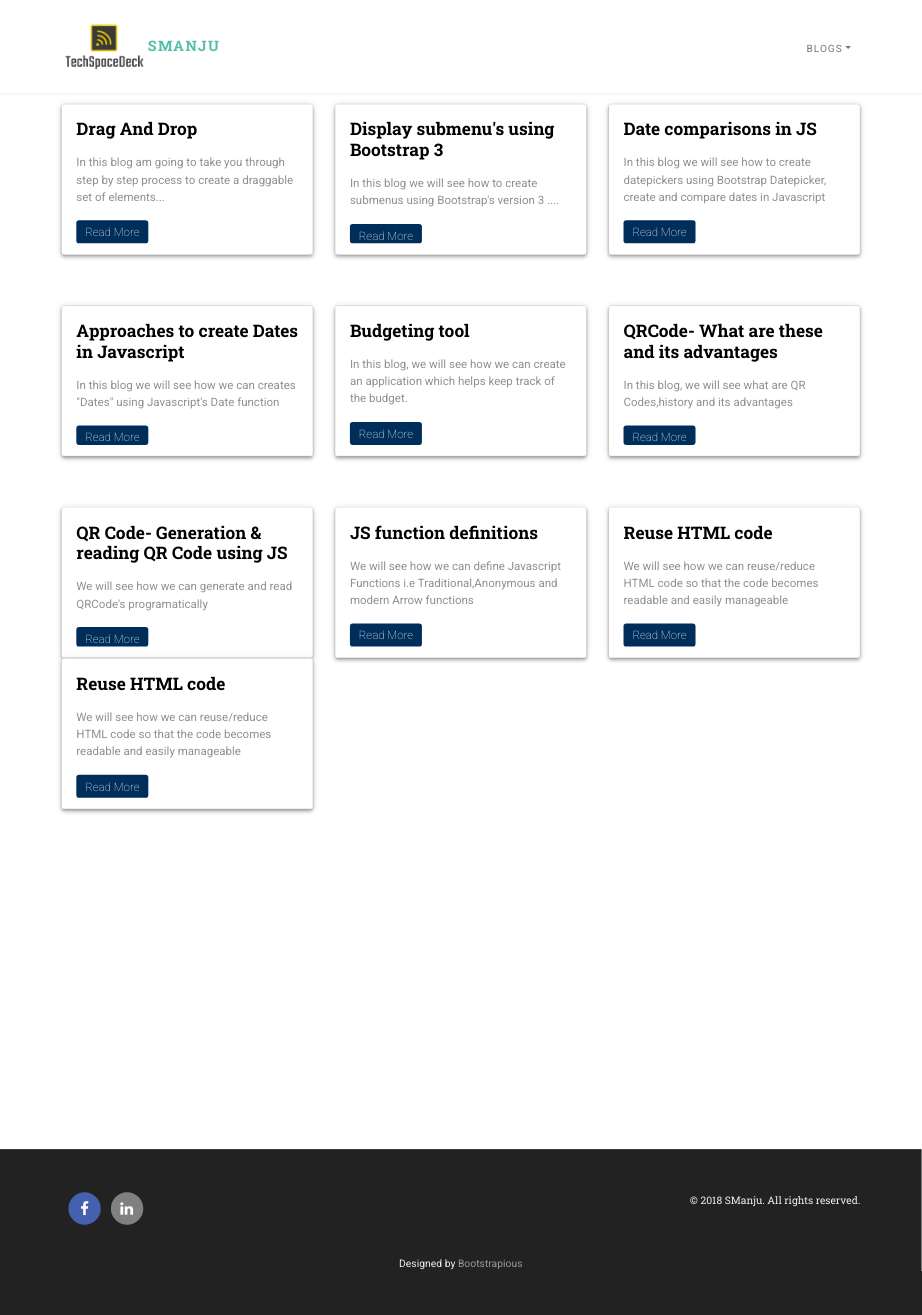
Repository: vnmshenoy/portfolio
Page: MyPort/blogs/jsblogs.html
The author's editor kept a copy of each file at every save. The page is drawn from the files as they stood at one save, then again after the next save.
The browser window is 1280 px wide. The pictures show the whole page, at 72% of full size.

Above is the page before, as saved 2020-11-14 18:19:22.
Console error: SyntaxError: Unexpected identifier 'Object'

After the next save:
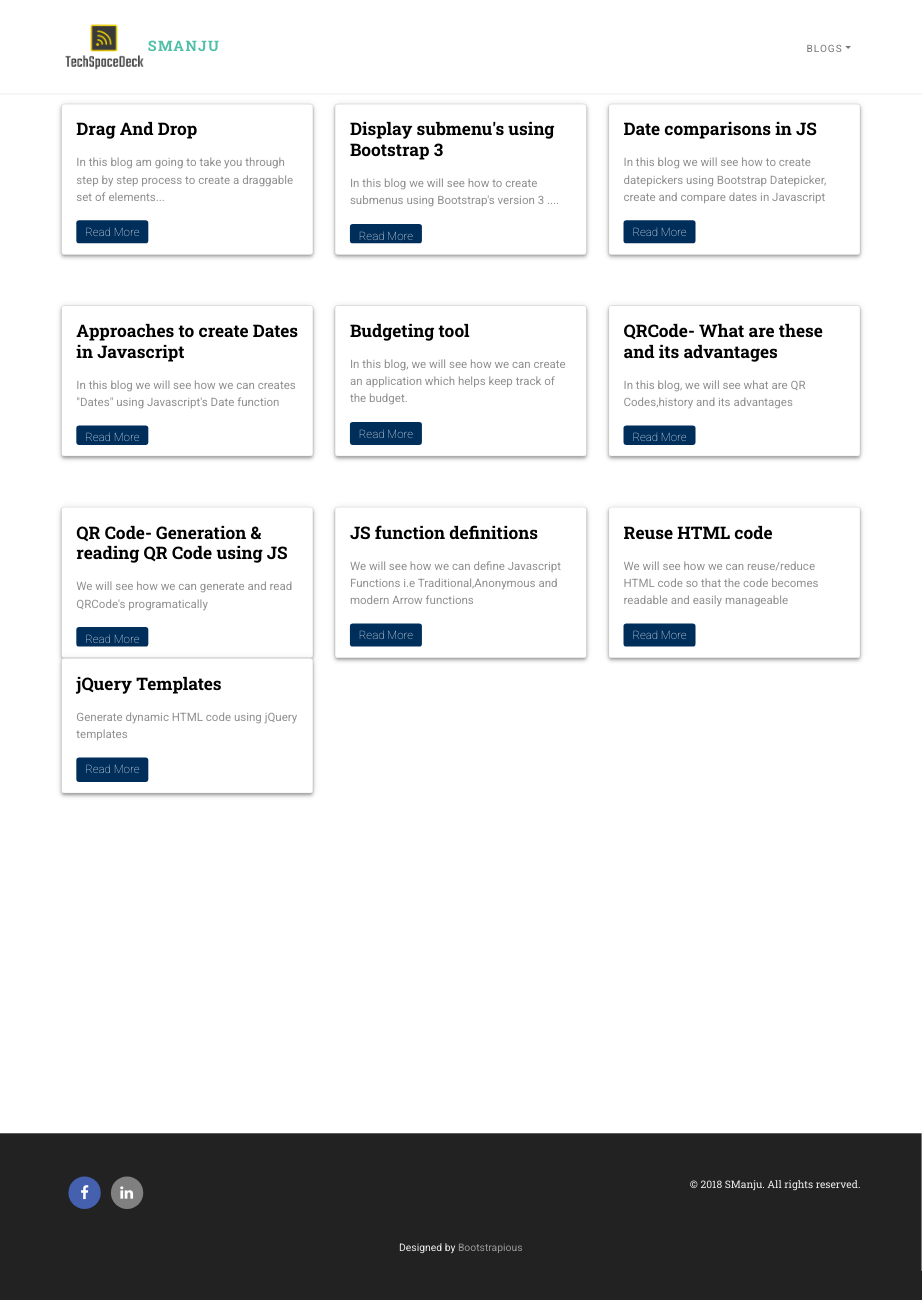
Saved 49 s later.
--- a/MyPort/blogs/jsblogs.html
+++ b/MyPort/blogs/jsblogs.html
@@ -206,14 +206,11 @@ _________________________________________________________ -->
             </a>
           </div>
           <div class="col-lg-4">
-            <a href="JS/howToReuseHTML.html">
-              <div class="card">
-                <h4>Reuse HTML code</h4>
-                <p>
-                  We will see how we can reuse/reduce HTML code so that the code
-                  becomes readable and easily manageable
-                </p>
-                <a href="JS/howToReuseHTML.html" class="blue-button"
+            <a href="JS/usingjQueryTemplates.HTML">
+              <div class="card">
+                <h4>jQuery Templates</h4>
+                <p>Generate dynamic HTML code using jQuery templates</p>
+                <a href="JS/usingjQueryTemplates.html" class="blue-button"
                   >Read More</a
                 >
               </div>
